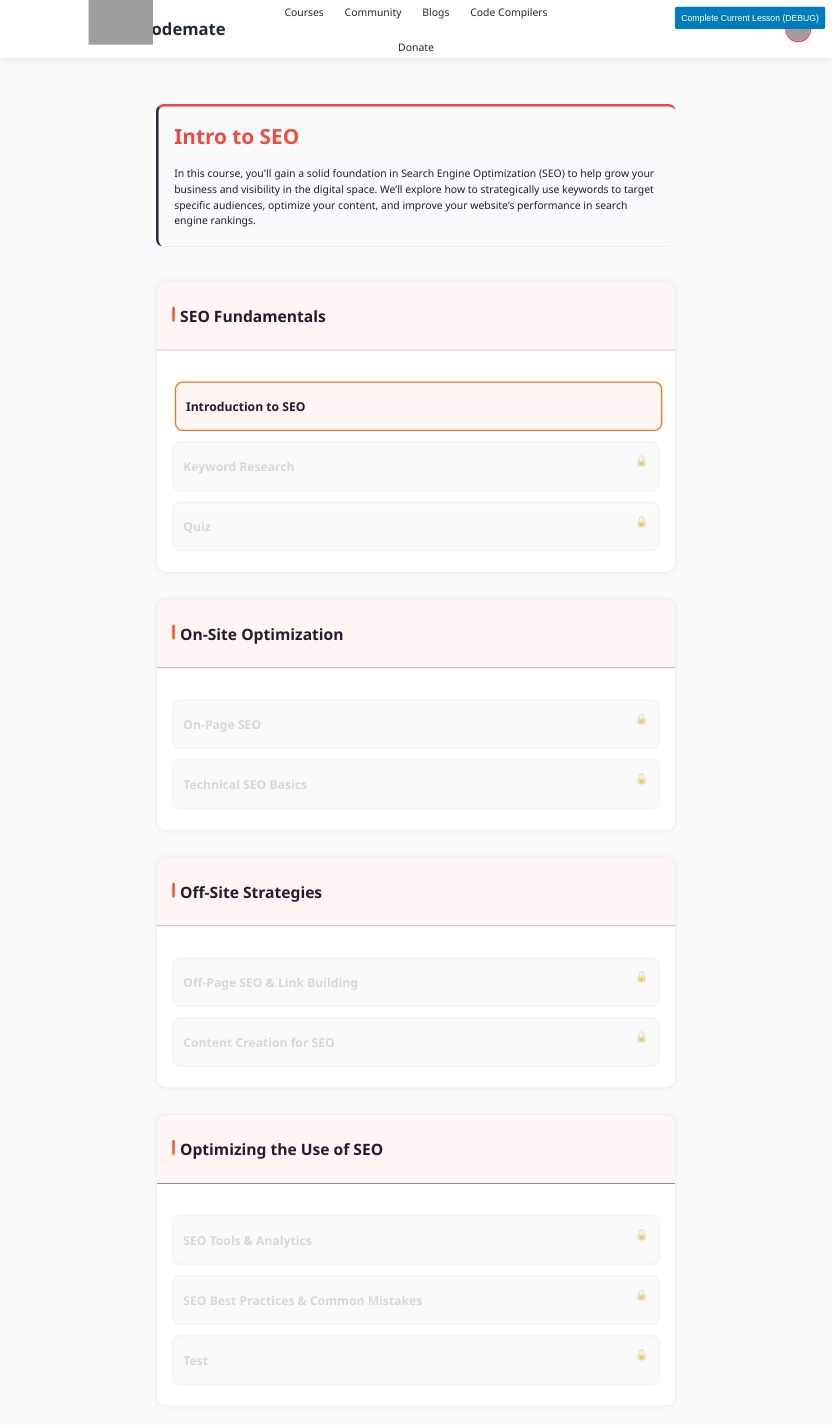
Repository: Duskofnight/code-website
Page: intro-to-seo.html
The author's editor kept a copy of each file at every save. The page is drawn from the files as they stood at one save, then again after a run of saves.
The browser window is 1280 px wide. The pictures show the whole page, at 65% of full size.
Pictures or frames that could not be fetched are drawn as grey boxes.

Above is the page before, as saved 2025-08-13 17:11:23.

After the next 2 saves:
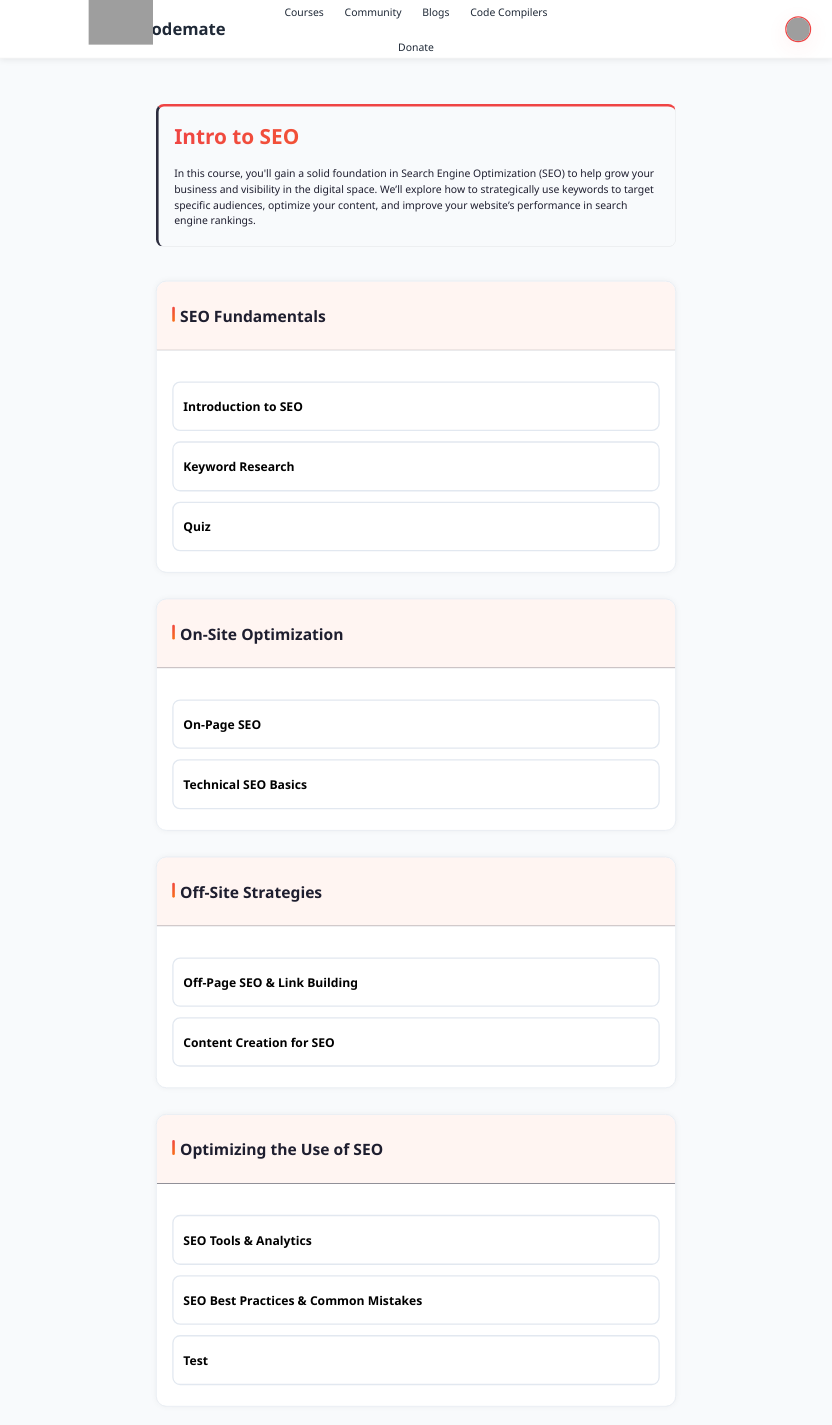
Console error: SyntaxError: Cannot use import statement outside a module
The 2 saves are shown as one change because they came seconds apart.
The last was saved 7 s later.
--- a/intro-to-seo.js
+++ b/intro-to-seo.js
@@ -1,4 +1,20 @@
-// Load progress from localStorage or use defaults
+import { createClient } from '@supabase/supabase-js'
+
+const supabaseUrl = 'YOUR_SUPABASE_URL'
+const supabaseKey = 'YOUR_SUPABASE_ANON_KEY'
+const supabase = createClient(supabaseUrl, supabaseKey)
+
+
+
+
+
+
+
+
+
+
+
+
 function loadLessonProgress() {
     const saved = localStorage.getItem('lessonProgress');
     console.log('Raw localStorage data:', saved);
